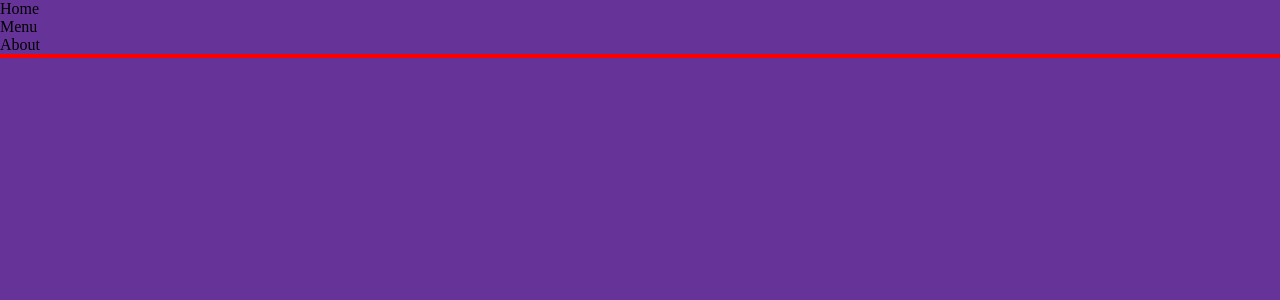
Repository: Dimitris2031/Restaurant-Front-page
Page: / (app in webpack-practice/)
These files come from the project's save history. The page is drawn as it stood at one moment and after the next save; the edit follows.
The browser window is 1280 px wide. The pictures show the whole page.
The project was rebuilt for these pictures with package versions that can differ from the ones it lists, and the page was loaded fresh each time. Also part of the build but not shown: webpack-practice/webpack.config.js.

Above is the page before, as saved 2025-09-10 10:26:09.

After the next save:
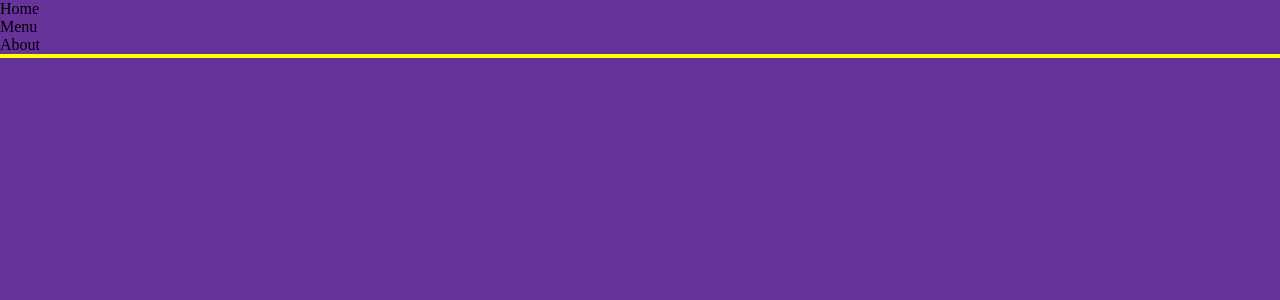
Saved 31 s later.
--- a/webpack-practice/src/styles.css
+++ b/webpack-practice/src/styles.css
@@ -13,5 +13,5 @@ body {
   display:flex;
   justify-content:center;
   align-items:center;
-  border: 2px solid red;
+  border: 2px solid yellow;
 }
